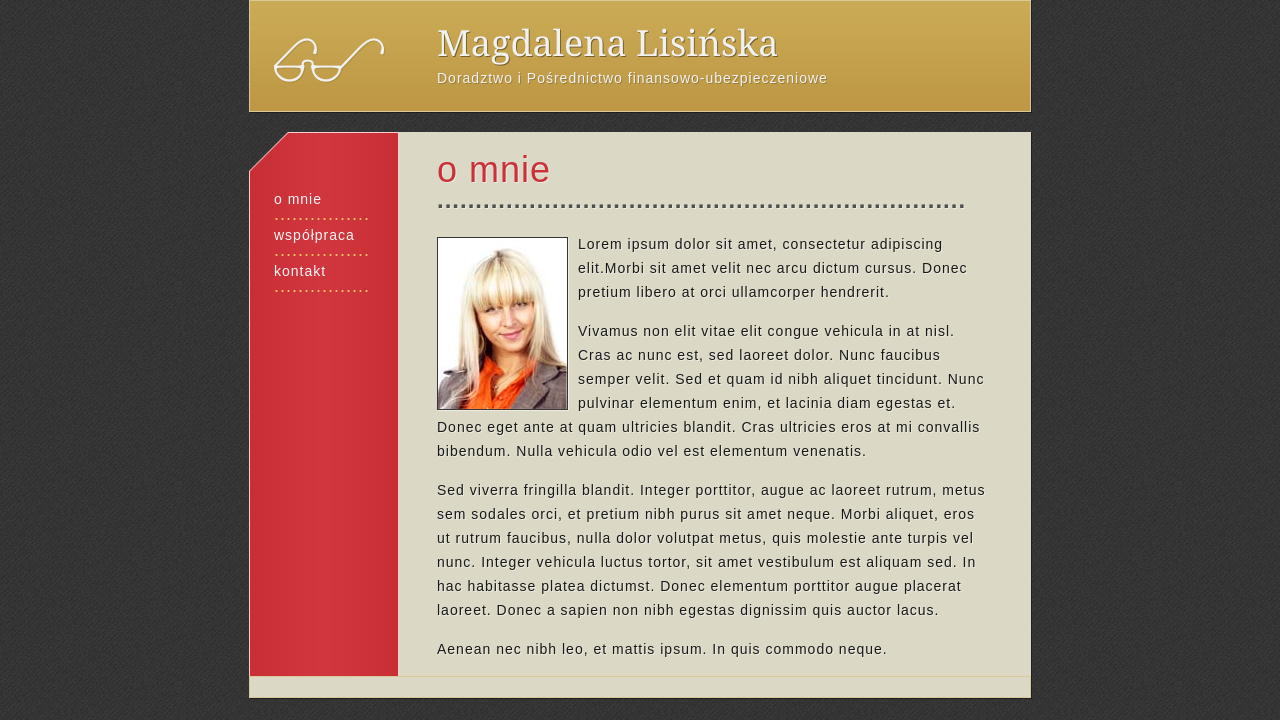
Repository: gabr/php_elicpse_workspace
Page: Magda Lisinska/index.html
The author's editor kept a copy of each file at every save. The page is drawn from the files as they stood at one save, then again after the next save.
The browser window is 1280 px wide. The pictures show the whole page.

Above is the page before, as saved 2013-03-06 19:59:36.

### Magda Lisinska/index.html
<!DOCTYPE HTML>
<html>
	<head>
		<meta http-equiv="Content-Type" content="text/html; charset=utf-8" >
		<title>Magdalena Lisińska</title>
		<!--
		<meta name="description" content="Add your sites description here">
		<meta name="keywords" content="Add,your,site,keywords,here">
		<link rel="icon" type="image/x-icon" href="../images/favicon.ico">
		-->
		<link rel="stylesheet" type="text/css" href="css/reset.css" media="screen">
		<link rel="stylesheet" type="text/css" href="css/style.css" media="screen">
        <script src="js/jquery-1.9.1.js"></script>
        <script src="js/script.js"></script>
		<!--[if lt IE 9]>
		<script src="js/html5shiv.js"></script>
		<![endif]-->
	</head>

	<body>
		<!-- head -->
		<div id="header">
			<a href="index.html" id="glasses"></a>
			<a href="index.html" id="header-title">
				<p id="title">Magdalena Lisińska</p>
				<p id="slogan">Doradztwo i Pośrednictwo finansowo-ubezpieczeniowe</p>
			</a>
			<div class="clear"></div>
		</div>

		<!-- body -->
		<div id="body">
			<!-- menu -->
			<div id="menu">
				<div id="menu-head"></div>
				<div id="menu-body">
					<div id="menu-margin"></div>
					<ul>
						<li><a href="#">o mnie</a></li>
						<li class="line">................</li>
						<li><a href="#">współpraca</a></li>
						<li class="line">................</li>
						<li><a href="kontakt.html">kontakt</a></li>
						<li class="line">................</li>
					</ul>
				</div>
			</div>
			<!-- content -->
			<div id="content">
				<div>
					<h1>o mnie</h1>
					<div class="line">.....................................................................</div>
					<img src="images/example_photo.jpg" />
					<p>Lorem ipsum dolor sit amet, consectetur adipiscing elit.Morbi sit amet velit nec arcu dictum cursus. Donec pretium libero at orci ullamcorper hendrerit.</p>
					<p>Vivamus non elit vitae elit congue vehicula in at nisl. Cras ac nunc est, sed laoreet dolor. Nunc faucibus semper velit. Sed et quam id nibh aliquet tincidunt. Nunc pulvinar elementum enim, et lacinia diam egestas et. Donec eget ante at quam ultricies blandit. Cras ultricies eros at mi convallis bibendum. Nulla vehicula odio vel est elementum venenatis.</p>
					<p>Sed viverra fringilla blandit. Integer porttitor, augue ac laoreet rutrum, metus sem sodales orci, et pretium nibh purus sit amet neque. Morbi aliquet, eros ut rutrum faucibus, nulla dolor volutpat metus, quis molestie ante turpis vel nunc. Integer vehicula luctus tortor, sit amet vestibulum est aliquam sed. In hac habitasse platea dictumst. Donec elementum porttitor augue placerat laoreet. Donec a sapien non nibh egestas dignissim quis auctor lacus.</p>
					<p>Aenean nec nibh leo, et mattis ipsum. In quis commodo neque.</p>

				</div>
			</div>
			<div class="clear"></div>

            <!-- footer -->
            <div id="footer">
            </div>

		</div>

	</body>
</html>

### Magda Lisinska/css/reset.css
/*
html5doctor.com Reset Stylesheet
v1.6.1
Last Updated: 2010-09-17
Author: Richard Clark - http://richclarkdesign.com
Twitter: @rich_clark
*/

html, body, div, span, object, iframe,
h1, h2, h3, h4, h5, h6, p, blockquote, pre,
abbr, address, cite, code,
del, dfn, em, img, ins, kbd, q, samp,
small, strong, sub, sup, var,
b, i,
dl, dt, dd, ol, ul, li,
fieldset, form, label, legend,
table, caption, tbody, tfoot, thead, tr, th, td,
article, aside, canvas, details, figcaption, figure,
footer, header, hgroup, menu, nav, section, summary,
time, mark, audio, video {
margin:0;
padding:0;
border:0;
outline:0;
font-size:100%;
vertical-align:baseline;
background:transparent;
}

body {line-height:1;}

article,aside,details,figcaption,figure,
footer,header,hgroup,menu,nav,section {
display:block; zoom:1;
}

nav ul {list-style:none;}

blockquote, q {quotes:none;}

blockquote:before, blockquote:after,
q:before, q:after {
content:'';
content:none;
}

a {
margin:0;
padding:0;
font-size:100%;
vertical-align:baseline;
background:transparent;
}

/* change colours to suit your needs */
ins {
background-color:#ff9;
color:#000;
text-decoration:none;
}

/* change colours to suit your needs */
mark {
background-color:#ff9;
color:#000;
font-style:italic;
font-weight:bold;
}

del {text-decoration: line-through;}

abbr[title], dfn[title] {
border-bottom:1px dotted;
cursor:help;
}

table {
border-collapse:collapse;
border-spacing:0;
}

/* change border colour to suit your needs */
hr {
display:block;
height:1px;
border:0;
border-top:1px solid #cccccc;
margin:1em 0;
padding:0;
}

input, select {
vertical-align:middle;
}

### Magda Lisinska/css/style.css
/*  Main  */

body {
	background:url(../images/background.png);
	color:#000;
	font-family: Arial, Helvetica, sans-serif;
	font-size: 14px;
	letter-spacing: 1px;
}

p {
	color: #181818;
	text-align: left;
	margin: 0px 0px 15px 0px;
	line-height: 24px;
}

h1 {
	margin: 20px 0px 0px 0px;
	font-size: 36px;
	color: #cb3138;
	font-weight: normal;
}


img {
	float: left;
	margin: 5px 10px 0px 0px;
	border: 1px solid #363636;
	box-shadow: 1px 1px 0px rgba(255,255,255,0.5);
}

.line {
	-webkit-touch-callout: none;
	-webkit-user-select: none;
	-khtml-user-select: none;
	-moz-user-select: none;
	-ms-user-select: none;
	user-select: none;
}

.clear {
	clear: both;
}

/* Header */
#header {
	background:url(../images/header.jpg);
	width: 780px;
	height: 110px;
	margin: 0 auto;
	border: 1px solid #dbc89a;
	box-shadow: 1px 1px 0px rgba(0,0,0,0.4)
}

#glasses {
	background:url(../images/glasses.png);
	width: 112px;
	height: 45px;
	margin: 37px 0px 0px 23px;
	display: block;
	outline: none;
	float: left;
}

#header-title {
	float: left;
	margin: 30px 0px 0px 52px;
	outline: none;
	text-decoration: none;
}

#title {
	margin: 0px 0px 0px 0px;
	color: #f1f1f1;
	text-shadow: 1px 1px 0px rgba(0,0,0,0.4);
	font-family: Georgia, Times New Roman, Times;
	font-size: 36px;
	letter-spacing: 0px;
}

#slogan {
	color: #f1f1f1;
	text-shadow: 1px 1px 0px rgba(0,0,0,0.2);
	margin: 11px 0px 0px 0px;
}

/* Body */
#body {
	margin:0 auto;
	margin-top: 20px;
	width: 782px;
	box-shadow: 1px 1px 0px rgba(0,0,0,0.4);
}

/* Menu */
#menu {
	float: left;
	width: 150px;
}

#menu-head {
	background:url(../images/menu_head.png);
	height: 40px;
}
#menu-body {
	background:url(../images/menu.jpg);
	min-height: 200px;
}

#menu-margin {
	height: 20px;
}

#menu-body ul {
	width: 100px;
	margin:0 auto;
	list-style: none;
}

#menu-body a{
	color: #f7f7f7;
	text-decoration: none;
}

#menu-body li>a:hover{
	font-weight: bold;
}

#menu-body li.line {
	font-size: 18px;
	color: #f7cb61;
	margin: -1px 0px 5px 0px;
}

/* Content */
#content {
	float:left;
	width: 632px;
	min-height: 200px;
	background: #dbd8c5;
	text-shadow: 1px 1px 0px rgba(255,255,255,0.5);
}

#content>div {
	margin: 0px 38px 0px 38px;
}

#content .line {
	margin: 0px 0px 20px 0px;
	font-size: 24px;
	color: #4f4f4f;
	font-weight: bold;
}

#content iframe {
  margin: 20px auto 2px auto;
}

/* Footer */
#footer {

  background-color: #dbd8c5;
  border: 1px solid #dbc89a;

  width: 780px;
  min-height: 20px;

}

### Magda Lisinska/js/script.js
$(window).load(function() {
    var content_height = $("#content").outerHeight(true);
    console.log(content_height);
    $("#menu").css("height", content_height);
    $("#menu-body").css("height",content_height - 40);
});

Loaded but not shown: Magda Lisinska/js/jquery-1.9.1.js (library)

After the next save:
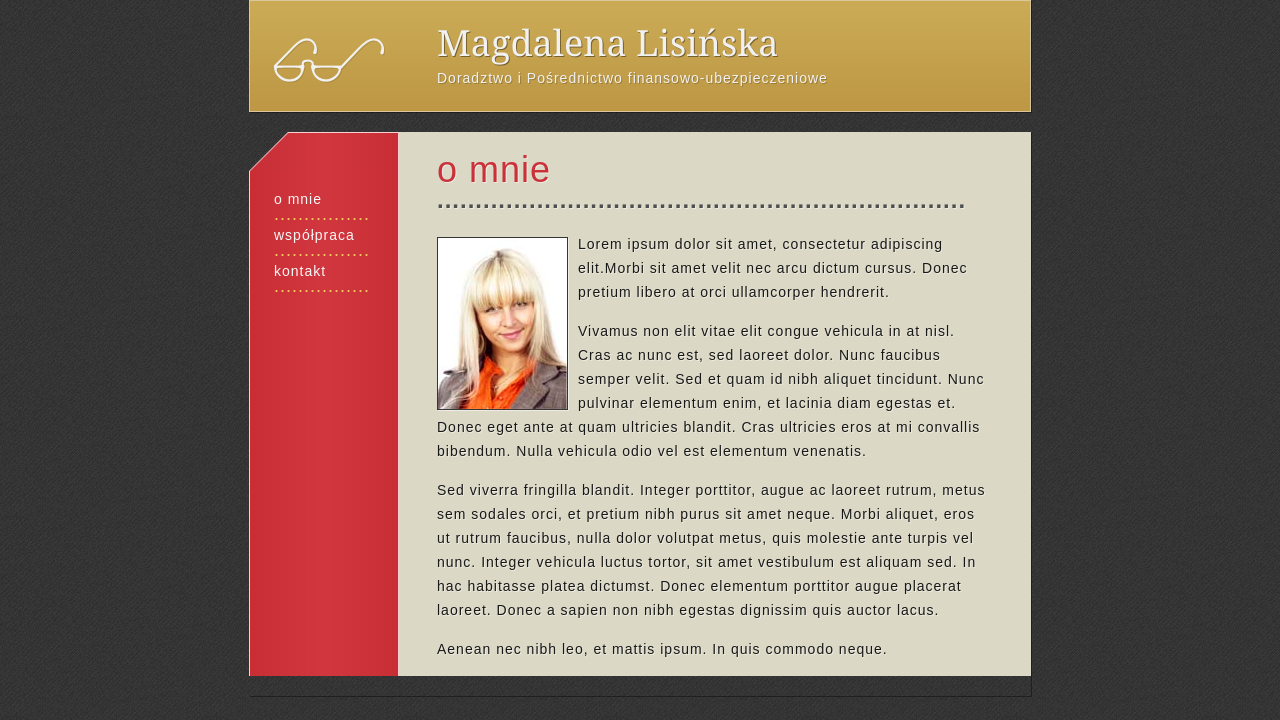
Saved 9 min 39 s later.
--- a/Magda Lisinska/css/style.css
+++ b/Magda Lisinska/css/style.css
@@ -159,11 +159,6 @@ img {
 
 /* Footer */
 #footer {
-
-  background-color: #dbd8c5;
-  border: 1px solid #dbc89a;
-
   width: 780px;
   min-height: 20px;
-
 }
